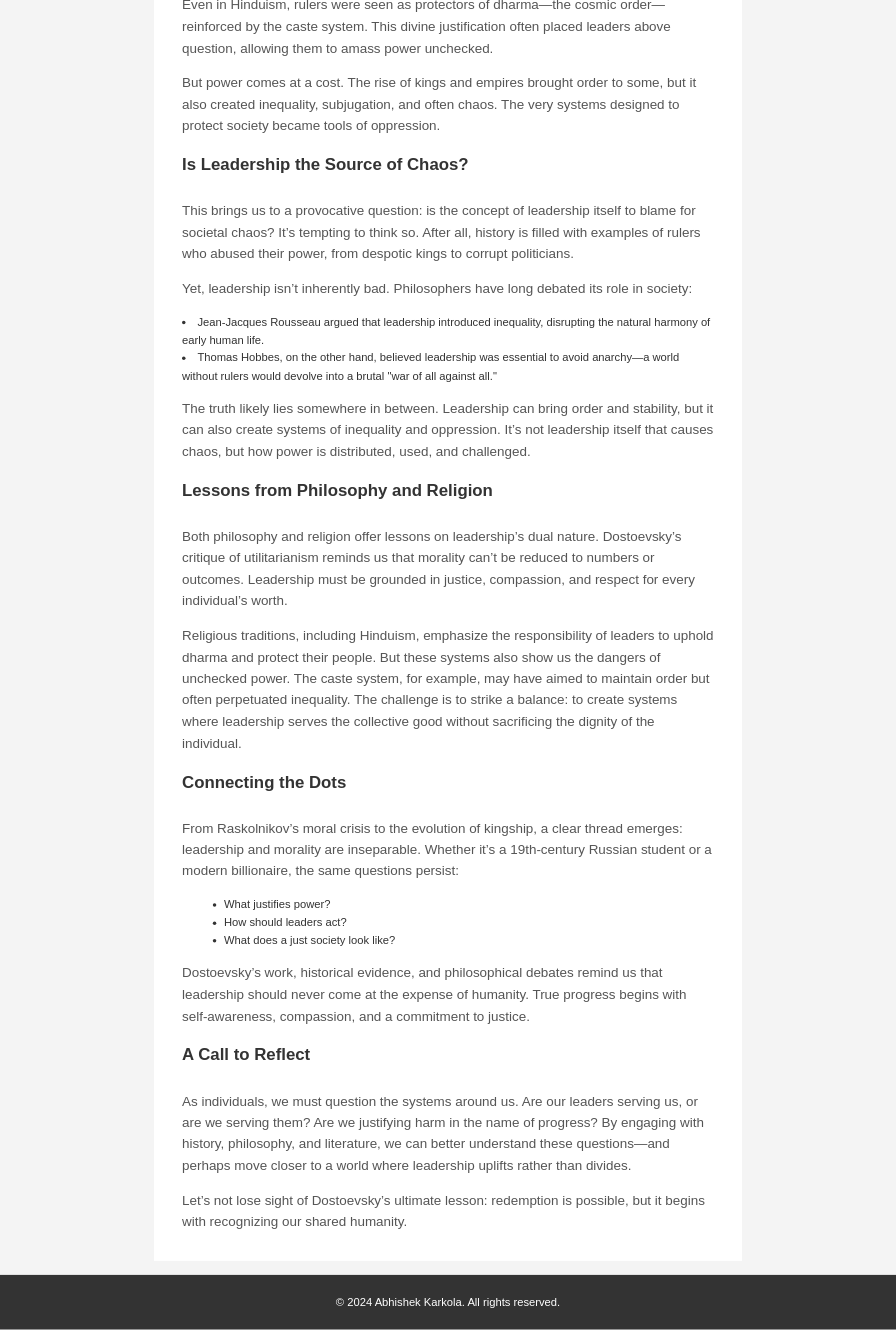
Repository: APersonalVoyage/APersonalVoyage.github.io
Page: blog_post_1.html
An editor plug-in stored every save of this project. The page is shown before and after the next save, followed by the edit.
The browser window is 1280 px wide. The pictures show the part of the page from y = 1605 to 3525 px (the page is 3505 px tall before and 3525 px after), at 70% of full size.

Above is the page before, as saved 2024-11-17 17:31:34.

### blog_post_1.html
<!DOCTYPE html>
<html lang="en">
<head>
  <meta charset="UTF-8">
  <meta name="viewport" content="width=device-width, initial-scale=1.0">
  <title>The Weight of Leadership: Morality, Power, and Society</title>
  <link rel="stylesheet" href="blog_posts_css.css">
</head>
<body>
  <header class="header">
    <nav class="navbar">
      <ul class="nav-list">
        <li><a href="index.html" class="nav-link">Home</a></li>
        <li><a href="blog.html" class="nav-link">Blog</a></li>
        <li><a href="#projects" class="nav-link">Projects</a></li>
        <li><a href="#contact" class="nav-link">Contact</a></li>
      </ul>
    </nav>
  </header>

  <main class="main-content">
    <article class="blog-article">
      <header class="blog-header">
        <h1 class="blog-article-title">The Weight of Leadership: Morality, Power, and Society</h1>
        <p class="blog-article-intro">
          Throughout history, humans have wrestled with the question of leadership.
          From tribal chiefs to divine kings, rulers have shaped societies in profound ways. But has this power always been a force for good?
          Or has it often been the source of chaos and inequality? By exploring the timeless themes in Fyodor Dostoevsky’s <b>Crime and Punishment</b>, and the philosophies that underpin leadership, morality, and power, we can find insights into the challenges we face even today.
        </p>
      </header>

      <section class="blog-body">
        <h4 class="subheading">A Young Man’s Moral Struggle</h4>
        <p class="blog-article-intro">
          Dostoevsky’s Crime and Punishment tells the story of Raskolnikov, a young man who murders a pawnbroker in cold blood. He believes the act is justified; by killing her, he can take her money and use it for the greater good. His reasoning is utilitarian—focused on maximizing benefits for the majority. But what seems logical in theory begins to unravel. Haunted by guilt and paranoia, Raskolnikov’s once-clear rationale falters. His illness, hallucinations, and self-imposed isolation show us that even the most calculated justifications can crumble under the weight of morality. It is through Sonya, a compassionate woman who lives a life of self-sacrifice, that he begins to see the truth: no amount of intellectual reasoning can erase the value of a single human life. In the end, his confession and punishment in Siberia offer a path to redemption, not because society demands it, but because his soul yearns for it.
        </p>

        <h4 class="subheading">The Flaws of Utilitarian Thinking</h4>
        <p class="blog-article-intro">
          Raskolnikov’s story resonates because it exposes a flaw in utilitarianism, the idea that an action is justified if it produces the greatest good for the greatest number. On the surface, this philosophy seems fair and logical. But when taken to extremes, it can justify exploitation, inequality, and even harm—so long as it serves a larger purpose.
        </p>
        <p class="blog-article-intro">
          Consider today’s billionaires, who hold vast amounts of wealth while millions struggle to meet basic needs. Their defenders often argue that their innovations benefit society, creating jobs and driving progress. But is it fair for so much wealth and power to rest in the hands of so few? Dostoevsky would likely say no. Just as Raskolnikov’s crime couldn’t be justified by his lofty intentions, the concentration of resources in the hands of a few cannot erase the suffering it perpetuates.
        </p>

        <h4 class="subheading">The Origins of Leadership</h4>
        <p class="blog-article-intro">
          To understand how we got here, we need to look at the origins of leadership. Humans didn’t always have kings, queens, or billionaires. Early hunter-gatherer societies were largely egalitarian, with leadership based on need—whether it was a skilled hunter or a wise elder. But as societies grew and settled into agricultural communities, surplus resources created new hierarchies. Leadership became more formalized, with leaders consolidating power and wealth.
        </p>
        <p class="blog-article-intro">
          Over time, rulers began to claim divine authority. In ancient Egypt, pharaohs were seen as gods on earth. In Mesopotamia, kings were chosen by the gods to maintain order. Even in Hinduism, rulers were seen as protectors of dharma—the cosmic order—reinforced by the caste system. This divine justification often placed leaders above question, allowing them to amass power unchecked.
        </p>
        <p class="blog-article-intro">
          But power comes at a cost. The rise of kings and empires brought order to some, but it also created inequality, subjugation, and often chaos. The very systems designed to protect society became tools of oppression.
        </p>

        <h4 class="subheading">Is Leadership the Source of Chaos?</h4>
        <p class="blog-article-intro">
          This brings us to a provocative question: is the concept of leadership itself to blame for societal chaos? It’s tempting to think so. After all, history is filled with examples of rulers who abused their power, from despotic kings to corrupt politicians.
        </p>
        <p class="blog-article-intro">
          Yet, leadership isn’t inherently bad. Philosophers have long debated its role in society:
          <li>Jean-Jacques Rousseau argued that leadership introduced inequality, disrupting the natural harmony of early human life.</li>
          <li>Thomas Hobbes, on the other hand, believed leadership was essential to avoid anarchy—a world without rulers would devolve into a brutal "war of all against all."</li>
        </p>
        <p class="blog-article-intro">
          The truth likely lies somewhere in between. Leadership can bring order and stability, but it can also create systems of inequality and oppression. It’s not leadership itself that causes chaos, but how power is distributed, used, and challenged.
        </p>

        <h4 class="subheading">Lessons from Philosophy and Religion</h4>
        <p class="blog-article-intro">
          Both philosophy and religion offer lessons on leadership’s dual nature. Dostoevsky’s critique of utilitarianism reminds us that morality can’t be reduced to numbers or outcomes. Leadership must be grounded in justice, compassion, and respect for every individual’s worth.
        </p>
        <p class="blog-article-intro">
          Religious traditions, including Hinduism, emphasize the responsibility of leaders to uphold dharma and protect their people. But these systems also show us the dangers of unchecked power. The caste system, for example, may have aimed to maintain order but often perpetuated inequality. The challenge is to strike a balance: to create systems where leadership serves the collective good without sacrificing the dignity of the individual.
        </p>

        <h4 class="subheading">Connecting the Dots</h4>
        <p class="blog-article-intro">
          From Raskolnikov’s moral crisis to the evolution of kingship, a clear thread emerges: leadership and morality are inseparable. Whether it’s a 19th-century Russian student or a modern billionaire, the same questions persist:
        </p>
        <ul class="reflection-questions">
          <li>What justifies power?</li>
          <li>How should leaders act?</li>
          <li>What does a just society look like?</li>
        </ul>
        <p class="blog-article-intro">
          Dostoevsky’s work, historical evidence, and philosophical debates remind us that leadership should never come at the expense of humanity. True progress begins with self-awareness, compassion, and a commitment to justice.
        </p>

        <h4 class="subheading">A Call to Reflect</h4>
        <p class="blog-article-intro">
          As individuals, we must question the systems around us. Are our leaders serving us, or are we serving them? Are we justifying harm in the name of progress? By engaging with history, philosophy, and literature, we can better understand these questions—and perhaps move closer to a world where leadership uplifts rather than divides.
        </p>
        <p class="blog-article-intro">
          Let’s not lose sight of Dostoevsky’s ultimate lesson: redemption is possible, but it begins with recognizing our shared humanity.
        </p>
      </section>
    </article>
  </main>

  <footer class="footer">
    <p>&copy; 2024 Abhishek Karkola. All rights reserved.</p>
  </footer>
</body>
</html>

### blog_posts_css.css
body {
  font-family: Arial, sans-serif;
  line-height: 1.6;
  margin: 0;
  padding: 0;
  background-color: #f4f4f4;
}

.header {
  background: #333;
  color: white;
  padding: 10px 0;
}

.navbar {
  display: flex;
  justify-content: center; /* Centers the navigation items */
  align-items: center;
}

.navbar .nav-list {
  list-style: none;
  display: flex; /* Aligns items horizontally */
  padding: 0;
  margin: 0;
}

.navbar .nav-link {
  color: white;
  text-decoration: none;
  padding: 10px 20px;
}

.navbar .nav-link:hover {
  color: #ff9900; /* Highlight on hover */
}

.main-content {
  padding: 20px;
  max-width: 800px;
  margin: 0 auto;
  background: white;
}

.blog-article {
  margin: 20px;
}

.blog-article-title {
  font-size: 2rem;
  font-weight: bold;
  margin-bottom: 10px;
}

.blog-article-intro {
  font-size: 1.2rem;
  color: #555;
}

.blog-body {
  font-size: 1rem;
  color: #333;
  margin-top: 20px;
}

.subheading {
  font-size: 1.5rem;
  margin-top: 20px;
}

.philosophers-list,
.reflection-questions {
  margin-left: 20px;
}

.footer {
  text-align: center;
  background: #333;
  color: white;
  padding: 10px;
  margin-top: 20px;
}

After the next save:
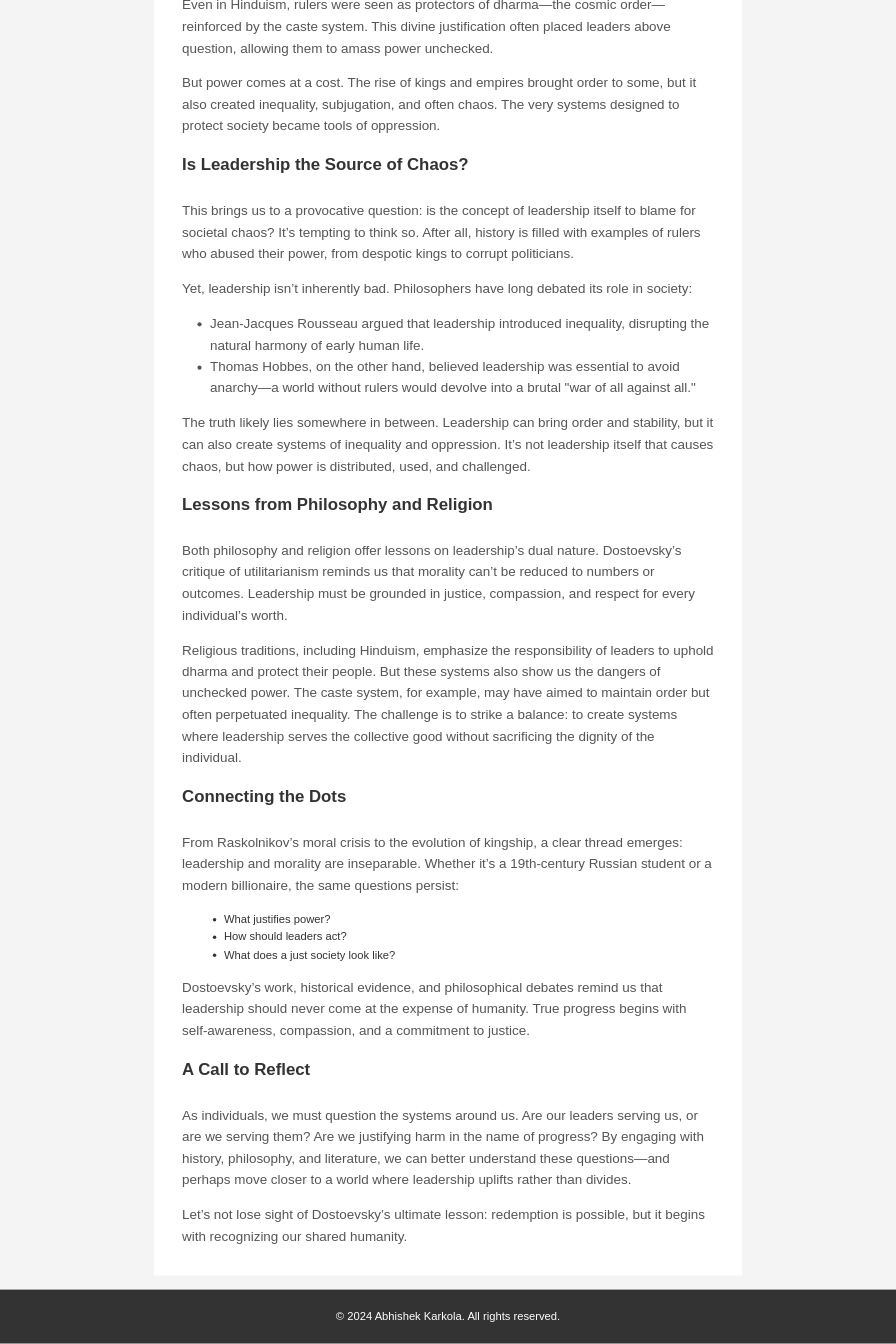
Saved 24 s later.
--- a/blog_post_1.html
+++ b/blog_post_1.html
@@ -60,8 +60,10 @@
         </p>
         <p class="blog-article-intro">
           Yet, leadership isn’t inherently bad. Philosophers have long debated its role in society:
+        <ul class="blog-article-intro">
           <li>Jean-Jacques Rousseau argued that leadership introduced inequality, disrupting the natural harmony of early human life.</li>
           <li>Thomas Hobbes, on the other hand, believed leadership was essential to avoid anarchy—a world without rulers would devolve into a brutal "war of all against all."</li>
+        </ul>
         </p>
         <p class="blog-article-intro">
           The truth likely lies somewhere in between. Leadership can bring order and stability, but it can also create systems of inequality and oppression. It’s not leadership itself that causes chaos, but how power is distributed, used, and challenged.
